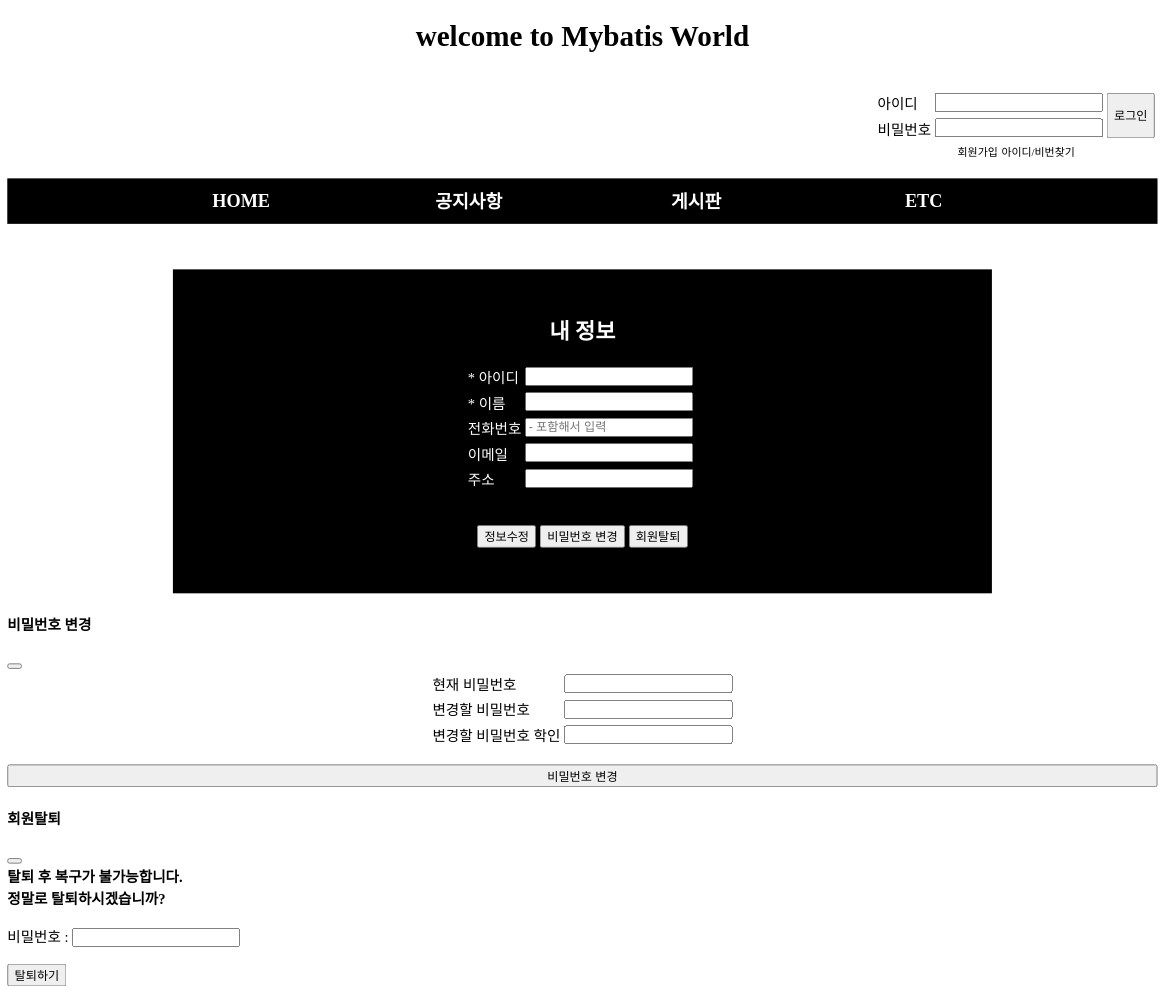
Repository: eru2/Study
Page: http://localhost/mybatisProject/views/member/myPage.jsp
The author's editor kept a copy of each file at every save. The page is drawn from the files as they stood at one save, then again after the next save.
The browser window is 1280 px wide. The pictures show the whole page, at 91% of full size.
The page is served by Tomcat 10. Other server files are loaded and not shown.

Above is the page before, as saved 2025-03-06 06:29:25.

### 08_MyBatis/mybatisProject/src/main/webapp/views/member/myPage.jsp
<%@ page language="java" contentType="text/html; charset=UTF-8"
    pageEncoding="UTF-8"%>
<!DOCTYPE html>
<html>
<head>
	<meta charset="UTF-8">
	<meta name="viewport" content="width=device-width, initial-scale=1.0">
	<title>Insert title here</title>
	<style>
		.outer{
			background: #4b89fc;
			color: white;
			width: 1000PX;
			margin: auto;
			margin-top: 50px;
			padding: 10px 0px 50px;
		}

		.outer table{
			margin: auto;
		}

		#update-pwd-modal .modal-body form{
			display: flex;
			flex-direction: column;
		}
	</style>
</head>
<body>
	<%@ include file="../common/menubar.jsp" %>

	<div class="outer">
		<br>
		<h2 align="center">내 정보</h2>
		<form action="${pageContext.request.contextPath}/update.me" method="post" id="update-form">
			<table>
				<tr>
					<td>* 아이디</td>
					<td><input type="text" name="userId" maxlength="15" readonly value="${loginUser.userId}"></td>
					<td></td>
				</tr>
				<tr>
					<td>* 이름</td>
					<td><input type="text" name="userName" maxlength="8" readonly value="${loginUser.userName}"></td>
					<td></td>
				</tr>
				<tr>
					<td>전화번호</td>
					<td><input type="text" name="phone" placeholder="- 포함해서 입력" value="${loginUser.phone}"></td>
					<td></td>
				</tr>
				<tr>
					<td>이메일</td>
					<td><input type="text" name="email" value="${loginUser.email}"></td>
					<td></td>
				</tr>
				<tr>
					<td>주소</td>
					<td><input type="text" name="address" value="${loginUser.address}"></td>
					<td></td>
				</tr>
			</table>


			<br><br>

			<div align="center">
				<button type="submit" class="btn btn-sm btn-success">정보수정</button>
				<button type="button" class="btn btn-sm btn-warning" data-bs-toggle="modal" data-bs-target="#update-pwd-modal">비밀번호 변경</button>
				<button type="button" class="btn btn-sm btn-danger" data-bs-toggle="modal" data-bs-target="#delete-member-modal">회원탈퇴</button>
			</div>
		</form>
	</div>
	<!--
		탈퇴하기 버튼 클릭시
		탈퇴 후 복구가 불가능합니다.
		정말 탈퇴하시겠습니까?
		비밀번호 :
		탈퇴하기버튼 -> /delete.me
		=>  /delete.me받은 서버는 비밀번호가 맞는지 확인 후 status -> N으로 변경하고 로그아웃
	 -->



	<!-- 비밀번호 변경 팝업 -->
	<div class="modal" id="update-pwd-modal">
	  <div class="modal-dialog">
	    <div class="modal-content">

	      <!-- Modal Header -->
	      <div class="modal-header">
	        <h4 class="modal-title">비밀번호 변경</h4>
	        <button type="button" class="btn-close" data-bs-dismiss="modal"></button>
	      </div>

	      <!-- Modal body -->
	      <div class="modal-body">
			<form action="${pageContext.request.contextPath}/updatePwd.me" method="post">
				<table align="center">
					<tr>
						<td>현재 비밀번호</td>
						<td><input type="password" name="userPwd" required></td>
					</tr>
					<tr>
						<td>변경할 비밀번호</td>
						<td><input type="password" name="updatePwd" required></td>
					</tr>
					<tr>
						<td>변경할 비밀번호 학인</td>
						<td><input type="password" name="checkPwd" required></td>
					</tr>
				</table>
				<br>
				<button id="edit-pwd-btn" type="submit" class="btn btn-sm btn-primary">비밀번호 변경</button>
			</form>

			<script>
				document.getElementById('edit-pwd-btn').onclick = function(){
					const pwd = document.querySelector("#update-pwd-modal input[name=updatePwd]").value;
					const pwdCheck = document.querySelector("#update-pwd-modal input[name=checkPwd]").value;

					if(pwd !== pwdCheck){
						alert("변경할 비밀번호가 일치하지 않습니다.");
						return false;
					}
				}

			</script>
	      </div>
	    </div>
	  </div>
	</div>

	<!-- 탈퇴 팝업 -->
	<div class="modal" id="delete-member-modal">
	  <div class="modal-dialog">
	    <div class="modal-content">

	      <!-- Modal Header -->
	      <div class="modal-header">
	        <h4 class="modal-title">회원탈퇴</h4>
	        <button type="button" class="btn-close" data-bs-dismiss="modal"></button>
	      </div>

	      <!-- Modal body -->
	      <div class="modal-body">
			<form action="${pageContext.request.contextPath}/delete.me" method="post">
				<b>탈퇴 후 복구가 불가능합니다.<br>
				정말로 탈퇴하시겠습니까?</b>
				<br><br>
				비밀번호  : <input type="password" name="userPwd" required>
				<br><br>
				<button type="submit" class="btn btn-sm btn-danger">탈퇴하기</button>
			</form>
	      </div>
	    </div>
	  </div>
	</div>
</body>
</html>

### 08_MyBatis/mybatisProject/src/main/webapp/views/common/menubar.jsp
<%@ page language="java" contentType="text/html; charset=UTF-8"
    pageEncoding="UTF-8"%>
<%@ taglib prefix="c" uri="http://java.sun.com/jsp/jstl/core" %>
<!DOCTYPE html>
<html>
<head>
<meta charset="UTF-8">
<title>Insert title here</title>
<style>
    .login-area a{
        text-decoration: none;
        color: black;
        font-size: 12px;
    }

    .nav-area{
        background: black;
        color: white;
        height: 50px;
    }
    .menu{
        display: table-cell;
        width: 250px;
        height: 50px;
        vertical-align: middle;
        font-size: 20px;
        font-weight: bold;
    }
    .outer{
    	width: 900px;
    	background: black;
    	color: white;
    	margin: auto;
    	margin-top: 50px;
    }
</style>
</head>
<body>

    <h1 align="center">welcome to Mybatis World</h1>
    <br>

    <div class="login-area" align="right">
       <c:choose>
       <c:when test="${empty loginUser}">
	        <form action="${pageContext.request.contextPath}/login.me" method="post">
		        <table>
		            <tr>
		                <td>아이디</td>
		                <td><input type="text" name="userId" required></td>
		                <td rowspan="2"><button type="submit" style="height: 50px;">로그인</button></td>
		            </tr>
		            <tr>
		                <td>비밀번호</td>
		                <td><input type="password" name="userPwd" required></td>

		            </tr>
		            <tr>
		                <td colspan="3" align="center">
		                    <a href="enrollForm.me">회원가입</a>
		                    <a href="">아이디/비번찾기</a>
		                </td>
		            </tr>
	            </table>
	        </form>
     	</c:when>
       	<c:otherwise>
        	<!-- 로그인후 -->
	        <div>
	            <table>
	                <tr>
	                    <td colspan="2">
	                        <h3>${loginUser.userName }님 환영합니다. </h3>
	                    </td>
	                    <td></td>
	                </tr>
	                <tr>
	                    <td><a href="myPage.me">마이페이지</a></td>
	                    <td><a href="">로그아웃</a></td>
	                </tr>
	            </table>
	        </div>
        </c:otherwise>
        </c:choose>
    </div>
    <br>

    <div class="nav-area" align="center">
        <div class="menu">HOME</div>
        <div class="menu">공지사항</div>
        <div class="menu">게시판</div>
        <div class="menu">ETC</div>
    </div>
</body>
</html>

After the next save:
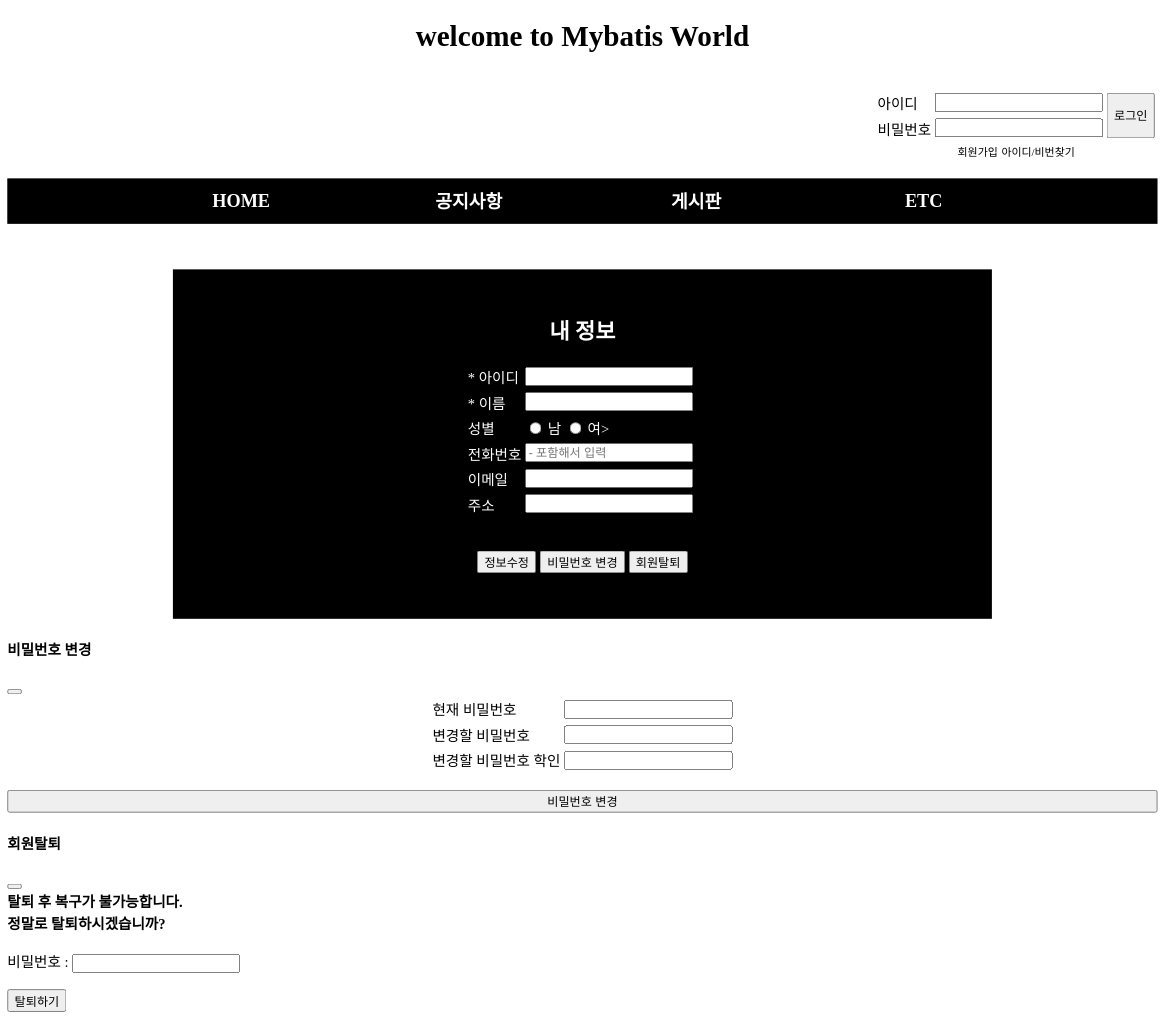
Saved 10 min 53 s later.
--- a/08_MyBatis/mybatisProject/src/main/webapp/views/member/myPage.jsp
+++ b/08_MyBatis/mybatisProject/src/main/webapp/views/member/myPage.jsp
@@ -45,10 +45,17 @@
 					<td></td>
 				</tr>
 				<tr>
+					<td>성별</td>
+					<td><input type="radio" name="gender" value="M"> 남
+							<input type="radio" name="gender" value="F"> 여></td>
+					<td></td>
+				</tr>
+				<tr>
 					<td>전화번호</td>
 					<td><input type="text" name="phone" placeholder="- 포함해서 입력" value="${loginUser.phone}"></td>
 					<td></td>
 				</tr>
+
 				<tr>
 					<td>이메일</td>
 					<td><input type="text" name="email" value="${loginUser.email}"></td>
